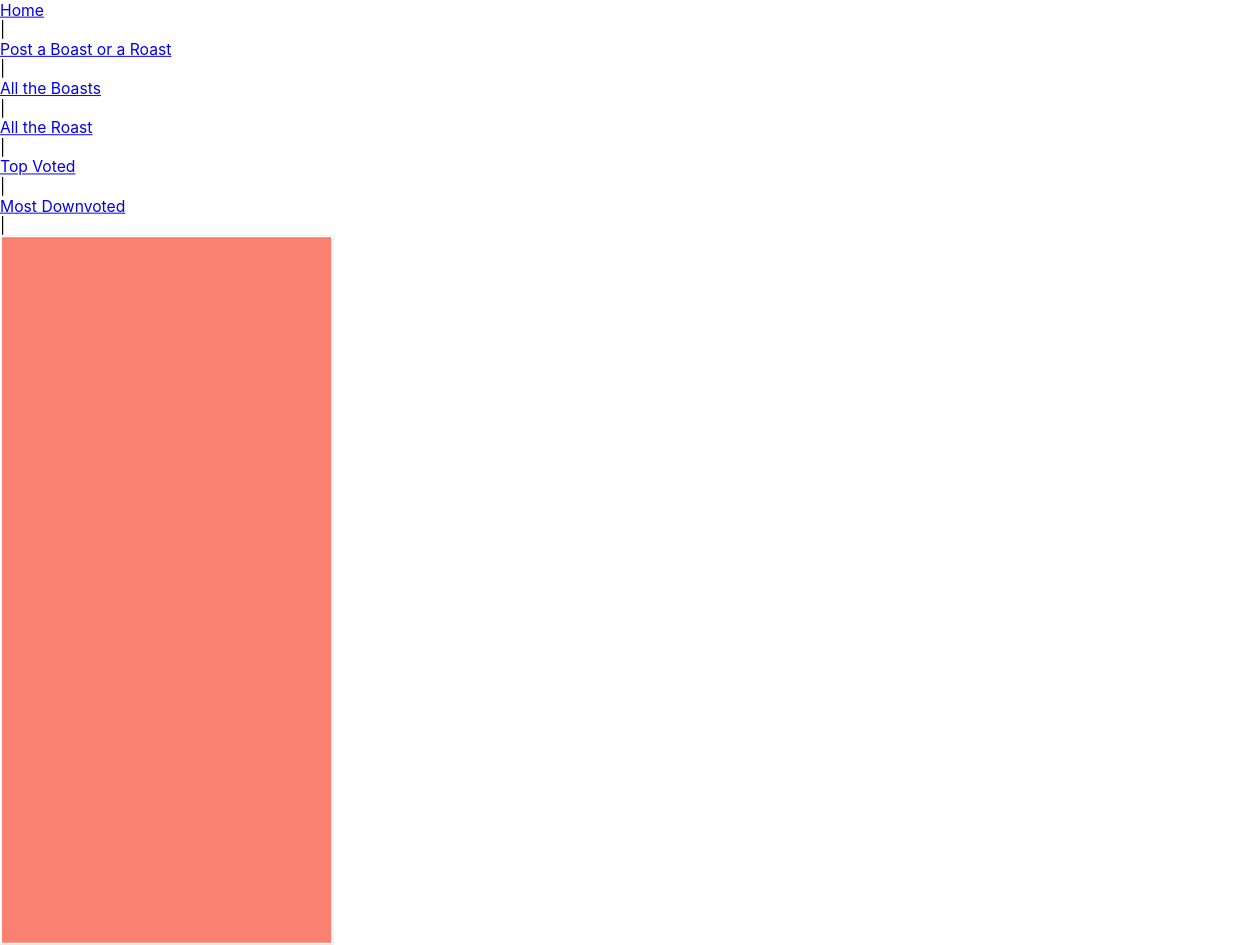
Repository: Imraj423/GhostPost_front-end
Page: /
These files come from the project's save history. The page is drawn as it stood at one moment and after the next save; the edit follows.
The browser window is 1280 px wide. The pictures show the whole page, at 98% of full size.
The page's requests for data from a server got no answer. The project was rebuilt for these pictures with package versions that can differ from the ones it lists, and the page was loaded fresh each time. No one was signed in, and anything a server would have sent is missing. Also part of the build but not shown: src/components/CreatePost/post.js, src/components/Form/form.js.

Above is the page before, as saved 2020-04-03 10:41:12.

### src/App.js
import React, { Component } from "react";
import PostList from "./components/PostView/postlist";
import Form from "./components/Form/form";
import Main from "./components/Home/main";
import { Route } from "react-router-dom";

class App extends Component {
  state = {
    ghostpost: [],
    input: "",
    boast: ""
  };
  componentDidMount() {
    fetch("http://localhost:8000/api/ghostpost/")
      .then(res => {
        return res.json();
      })
      .then(data => {
        this.setState({ ghostpost: data });
      });
  }

  handleChange = event => {
    this.setState({ input: event.target.value });
  };

  render() {
    return (
      <React.Fragment>
        <Route exact path="/" render={() => <Main />} />
        <Route exact path="/form" render={() => <Form />} />

        <Route
          exact
          path="/boasts"
          render={() => (
            <PostList
              ghostpost={this.state.ghostpost.filter(
                posts => posts.is_Boast === true
              )}
            />
          )}
        />

        <Route
          exact
          path="/roasts"
          render={() => (
            <PostList
              ghostpost={this.state.ghostpost.filter(
                posts => posts.is_Boast === false
              )}
            />
          )}
        />

        <Route
          exact
          path="/upvotes"
          render={() => (
            <PostList
              ghostpost={this.state.ghostpost.sort((x, y) => {
                return y.total_count - x.total_count;
              })}
            />
          )}
        />

        <Route
          exact
          path="/downvotes"
          render={() => (
            <PostList
              ghostpost={this.state.ghostpost.sort((x, y) => {
                return x.total_count - y.total_count;
              })}
            />
          )}
        />
      </React.Fragment>
    );
  }
}

export default App;

### src/components/PostView/postlist.js
import React, { Component } from 'react';
import Post from '../CreatePost/post';
import Navi from '../NavBar/nav';
import { Container, Card } from 'react-bootstrap';
import './styles.scss'


export default class PostList extends Component {

    render() {
        return (
            <Container >
                <Navi />
                <Card className="box">
                <Card.Body>
                {this.props.ghostpost.map(messages =>
                    <Post
                    id={messages.id}
                    message={messages.message}
                    time={messages.time}
                    total_count={messages.total_count}
                    />
                )}
                </Card.Body>
                </Card>

            </Container>
        )
    }
}

### src/components/Home/main.js
import React from 'react';
import PostList from "../PostView/postlist";

export default class Main extends React.Component {
      state = {
            ghostpost: [],
            input: "",
            boast: ""
          };
          componentDidMount() {
              fetch("http://localhost:8000/api/ghostpost/")
                .then(res => {
                    return res.json();
                  })
                  .then(data => {
                      this.setState({ ghostpost: data });
                    });
                }

                handleChange = event => {
                    this.setState({ input: event.target.value });
                  };
            render() {
          return(
              <React.Fragment>
              <PostList ghostpost ={this.state.ghostpost}/>
              </React.Fragment>
          )
      }
    }

### src/components/NavBar/nav.js
import React from "react";

export default function Navi() {

    return (
      <div className="navbar">
        <a href="/">Home</a> <br />|<br />
        <a href="/form">Post a Boast or a Roast</a>
        <br />|<br />
        <a href="/boasts">All the Boasts</a>
        <br />|<br />
        <a href="/roasts">All the Roast</a>
        <br />|<br />
        <a href="/upvotes">Top Voted</a>
        <br />|<br />
        <a href="/downvotes">Most Downvoted</a>
        <br />|<br />
      </div>
    );
  }

### src/components/PostView/styles.scss
// .box {
//     background: #2B2B2B;
//     padding: 32px;
//     border: 1px solid black;
// }

.box {
    border: solid 2px white;
    padding: 40px;
    height: calc(100vh - 80px);
    width: 20vw;
    min-height: 100px;
    background: salmon;
}

Loaded but not shown: public/index.html (common file); src/index.js (common file); src/index.css (common file); src/serviceWorker.js (common file)

After the next save:
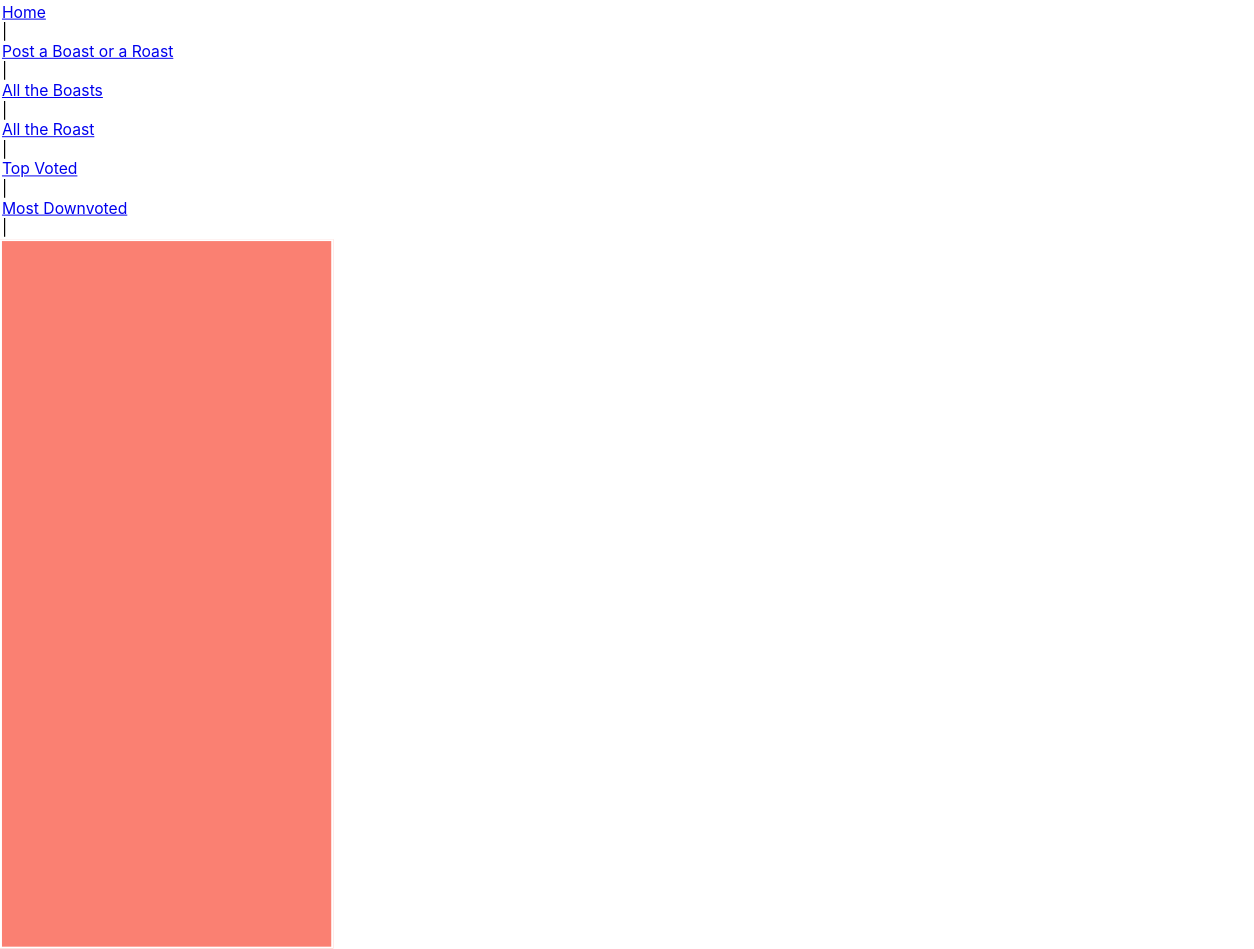
Saved 2 min 56 s later.
--- a/src/components/NavBar/nav.js
+++ b/src/components/NavBar/nav.js
@@ -4,7 +4,7 @@ export default function Navi() {
 
     return (
       <div className="navbar">
-        <a href="/">Home</a> <br />|<br />
+       <table><tr> <a href="/">Home</a> <br />|<br />
         <a href="/form">Post a Boast or a Roast</a>
         <br />|<br />
         <a href="/boasts">All the Boasts</a>
@@ -14,7 +14,7 @@ export default function Navi() {
         <a href="/upvotes">Top Voted</a>
         <br />|<br />
         <a href="/downvotes">Most Downvoted</a>
-        <br />|<br />
+        <br />|<br /></tr></table>
       </div>
     );
   }
